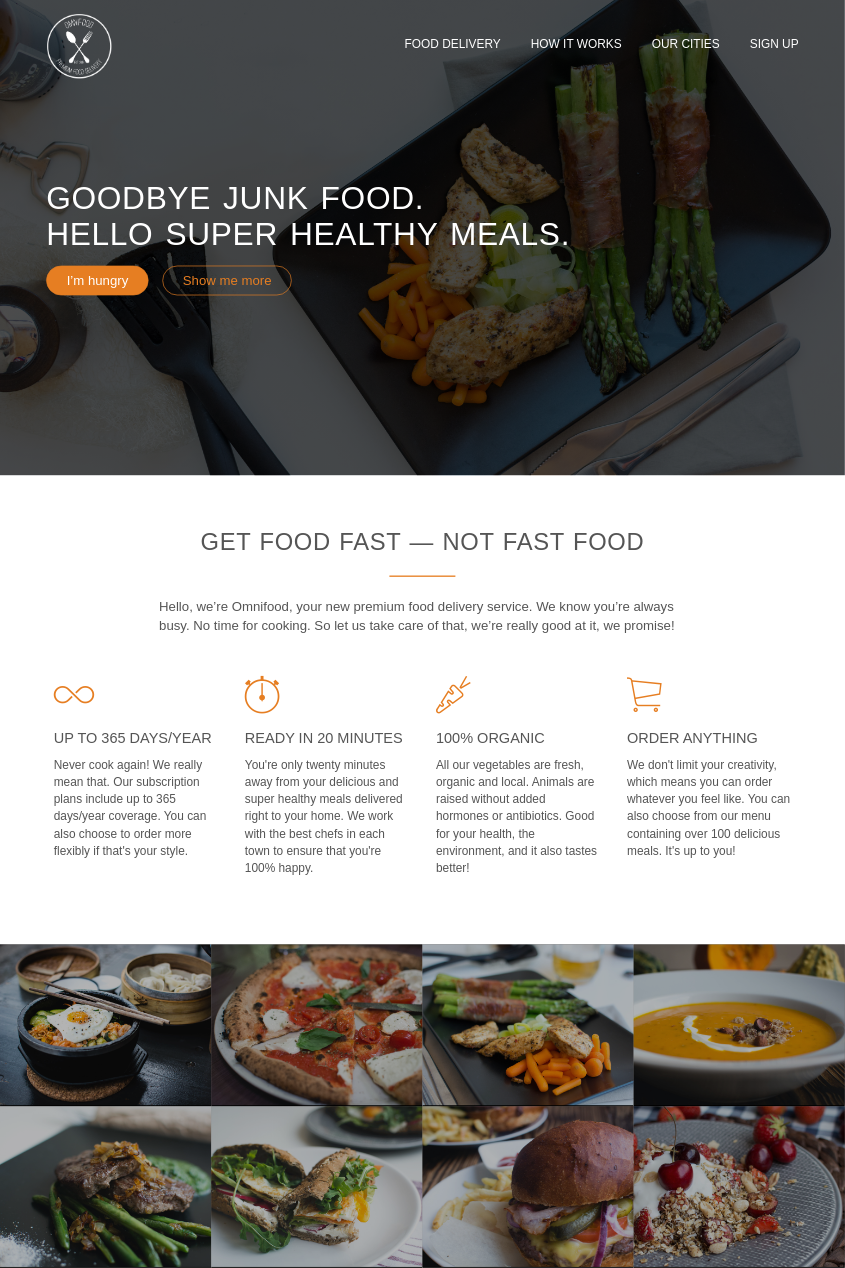
Repository: pboi18/E-Foods
Page: index.html
An editor plug-in stored every save of this project. The page is shown before and after the next save, followed by the edit.
The browser window is 1280 px wide. The pictures show the whole page, at 66% of full size.

Above is the page before, as saved 2020-07-10 14:20:17.

### index.html
<!DOCTYPE html>
<html lang="en">
    <head>
        <meta http-equiv="Content-Type" content="text/html;charset=UTF-8">
        <link rel="stylesheet" href="vendors/css/normalize.css">
        <link rel="stylesheet" href="vendors/css/7.1 Grid.css">
        <link rel="stylesheet" href="vendors/css/ionicons.min.css">
        <link rel="stylesheet" href="resources/css/style.css">
        <link href='http://fonts.googleapis.com/css?family=Lato:100,300,400,300italic' rel='stylesheet' type='text/css'>
        <title>Ominifoods</title>
    </head>

    <body>
        <header>
            <nav>
                <div class="row">
                    <img src="resources/img/logo-white.png" alt="Ominifood logo" class="logo">

                    <ul class="main-nav">
                        <li><a href="#">Food delivery</a></li>
                        <li><a href="#">How it works</a></li>
                        <li><a href="#">Our cities</a></li>
                        <li><a href="#">Sign up</a></li>
                    </ul>

                </div>
            </nav>
            <div class="hero-text-box">
                <h1>Goodbye junk food. <br> Hello super healthy meals.</h1>
                <a href="#" class="btn btn-full">I’m hungry </a>
                <a href="#" class="btn btn-ghost">Show me more </a>
            </div>

        </header>

        <section class="section-features">
            <div class="row">
                <h2>Get food fast &mdash; not fast food</h2>
                <p class="long-copy">
                    Hello, we’re Omnifood, your new premium food delivery service. We know you’re always busy. No time for cooking. So let us take care of that, we’re really good at it, we promise!
                </p>
            </div>

            <div class="row">
                <div class="col span-1-of-4 box">
                    <e class="ion-ios-infinite-outline icon-big"></e>
                    <h3>Up to 365 days/year</h3>
                    <p>
                        Never cook again! We
                        really mean that. Our subscription
                        plans include up to 365
                        days/year coverage. You can
                        also choose to order more
                        flexibly if that's your style.
                    </p>
                </div>

                <div class="col span-1-of-4 box">
                    <e class="ion-ios-stopwatch-outline icon-big"></e>
                    <h3>Ready in 20 minutes</h3>
                    <p>
                        You're only twenty minutes
                        away from your delicious and
                        super healthy meals delivered
                        right to your home. We work
                        with the best chefs in each
                        town to ensure that you're
                        100% happy.
                    </p>
                </div>

                <div class="col span-1-of-4 box">
                    <e class="ion-ios-nutrition-outline icon-big"></e>
                    <h3>100% organic</h3>
                    <p>
                        All our vegetables are fresh, organic and local. Animals are raised without added hormones or antibiotics. Good for your health, the environment, and it also tastes better!
                    </p>
                </div>

                <div class="col span-1-of-4 box">
                    <e class="ion-ios-cart-outline icon-big"></e>
                    <h3>Order anything</h3>
                    <p>
                        We don't limit your creativity, which means you can order whatever you feel like. You can also choose from our menu containing over 100 delicious meals. It's up to you!
                    </p>
                </div>
            </div>
        </section>

        <section class="section-meals">
            <ul class="meals-showcase">
                <li>
                    <figure class="meal-photo">
                        <img src="resources/img/1.jpg" alt="Korean bibimbap with egg and vegetables">
                    </figure>
                </li>
                <li>
                    <figure class="meal-photo">
                        <img src="resources/img/2.jpg" alt="Simple italian pizza with cherry tomatoes">
                    </figure>
                </li>
                <li>
                    <figure class="meal-photo">
                        <img src="resources/img/3.jpg" alt="Chicken breast steak with vegetables ">
                    </figure>
                </li>
                <li>
                    <figure class="meal-photo">
                        <img src="resources/img/4.jpg" alt="Autumn pumpkin soup">
                    </figure>
                </li>
            </ul>

            <ul class="meals-showcase">
                <li>
                    <figure class="meal-photo">
                        <img src="resources/img/5.jpg" alt="Paleo beef steak with vegetables">
                    </figure>
                </li>
                <li>
                    <figure class="meal-photo">
                        <img src="resources/img/6.jpg" alt="Healthy baguette with egg and vegetables">
                    </figure>
                </li>
                <li>
                    <figure class="meal-photo">
                        <img src="resources/img/7.jpg" alt="Burger with cheddar and bacon">
                    </figure>
                </li>
                <li>
                    <figure class="meal-photo">
                        <img src="resources/img/8.jpg" alt="Granola with cherries and strawberries">
                    </figure>
                </li>
            </ul>
        </section>
    </body>


</html>

### resources/css/style.css
/*  --------------------------- */
/*  BASIC SETUP */
/*  --------------------------- */

* {
    margin: 0;
    padding: 0;
    box-sizing: border-box;
}

html {
    background-color: #fff;
    color: #555;
    font-family: Arial, Helvetica, sans-serif,'Lato';
    font-weight: 300;
    font-size: 20px;
    text-rendering: optimizeLegibility;
}


/*  --------------------------- */
/*  REUSEABLE COMPONENTS */
/*  --------------------------- */


.row {
    max-width: 1140px;
    margin: 0 auto;
}

section {
    padding: 80px 0;
}

.box {
    padding: 1%;
}

/*  --------------------------- */
/*  HEADINGS */
/*  --------------------------- */

h1,
h2,
h3 {

    font-weight: 300;
    text-transform: uppercase;
}

h1 {
    margin-top: 0;
    margin-bottom: 20px;
    color: #fff;
    font-size: 240%;
    word-spacing: 4px;
    letter-spacing: 1px;
}

h2 {
    font-size: 180%;
    word-spacing: 2px;
    text-align: center;
    margin-bottom: 30px;
    letter-spacing: 1px;
}

h3 {
    font-size: 110%;
    margin-bottom: 15px;
}

h2:after {
    display: block;
    height: 2px;
    background-color: #e67e22;
    content: " ";
    width: 100px;
    margin: 0 auto;
    margin-top: 30px;
}


/*  --------------------------- */
/*  paragraps*/
/*  --------------------------- */


.long-copy {
    line-height: 145%;
    width: 70%;
    margin-left: 15%;
}

.box p {
    font-size: 90%;
    line-height: 145%;
}


/*  --------------------------- */
/*  ICONS */
/*  --------------------------- */

.icon-big {
    font-size: 350%;
    display: block;
    color: #e67e22;
    margin-bottom: 10px;
}


/*  --------------------------- */
/*  BUTTONS */
/*  --------------------------- */

.btn:link,
.btn:visited {
    display: inline-block;
    padding: 10px 30px;
    font-weight: 300;
    text-decoration: none;
    border-radius: 200px;
    transition: all 0.2s;
}


.btn-full:link,
.btn-full:visited {
    background-color: #e67e22;
    border: 1px solid #e67e22;
    color: #fff;
    margin-right: 15px;
}

.btn-ghost:link,
.btn-ghost:visited {
    border: 1px solid #e67e22;
    color: #e67e22;
}

.btn:hover,
.btn:active {
    background-color: #cf6d17;
}


.btn-full:hover,
.btn-full:active {
    border: 1px solid #cf6d17;
}

.btn-ghost:hover,
.btn-ghost:active {
    border: 1px solid #e67e22;
    color: #fff;
}

/*  --------------------------- */
/*  HEADER */
/*  --------------------------- */

header {
    background-image: linear-gradient(rgba(0, 0, 0, 0.7), rgba(0, 0, 0, 0.7)), url(img/hero.jpg);
    background-size: cover;
    background-position: center;
    height: 100vh;
}


.hero-text-box {
    position: absolute;
    width: 1140px;
    top: 50%;
    left: 50%;
    transform: translate(-50%, -50%);
}

.logo {
    height: 100px;
    width: auto;
    float: left;
    margin-top: 20px;
}

.main-nav {
    float: right;
    list-style: none;
    margin-top: 55px;
}

.main-nav li {
    display: inline-block;
    margin-left: 40px;
}

.main-nav li a:link,
.main-nav li a:visited {
    padding: 5px 0px;
    color: #fff;
    text-decoration: none;
    text-transform: uppercase;
    font-size: 90%;
    border-bottom: 2px solid transparent;
    transition: all 0.2s;

}
.main-nav li a:hover,
.main-nav li a:active {
    border-bottom: 2px solid #e67e22;
}

/*  --------------------------- */
/*  MEALS */
/*  --------------------------- */

.section-features .long-copy {
    margin-bottom: 30px;
}


/*  --------------------------- */
/*  MEALS */
/*  --------------------------- */

.section-meals {
    padding: 0;
}

.meals-showcase {
    list-style: none;
    width: 100%;

}

.meals-showcase li {
    display: block;
    float: left;
    width: 25%;
}

.meal-photo {
    width: 100%;
    margin: 0;
    overflow: hidden;
    background-color:#000;
}

.meal-photo img {
    width: 100%;
    height: auto;
    transform: scale(1.03);
    opacity: 0.7;
    transition: all 0.5s;
}


.meal-photo img:hover {
    opacity: 1;
    transform: scale(1.15);
}

Loaded but not shown: vendors/css/normalize.css (library); vendors/css/7.1 Grid.css (library); vendors/css/ionicons.min.css (library)

After the next save:
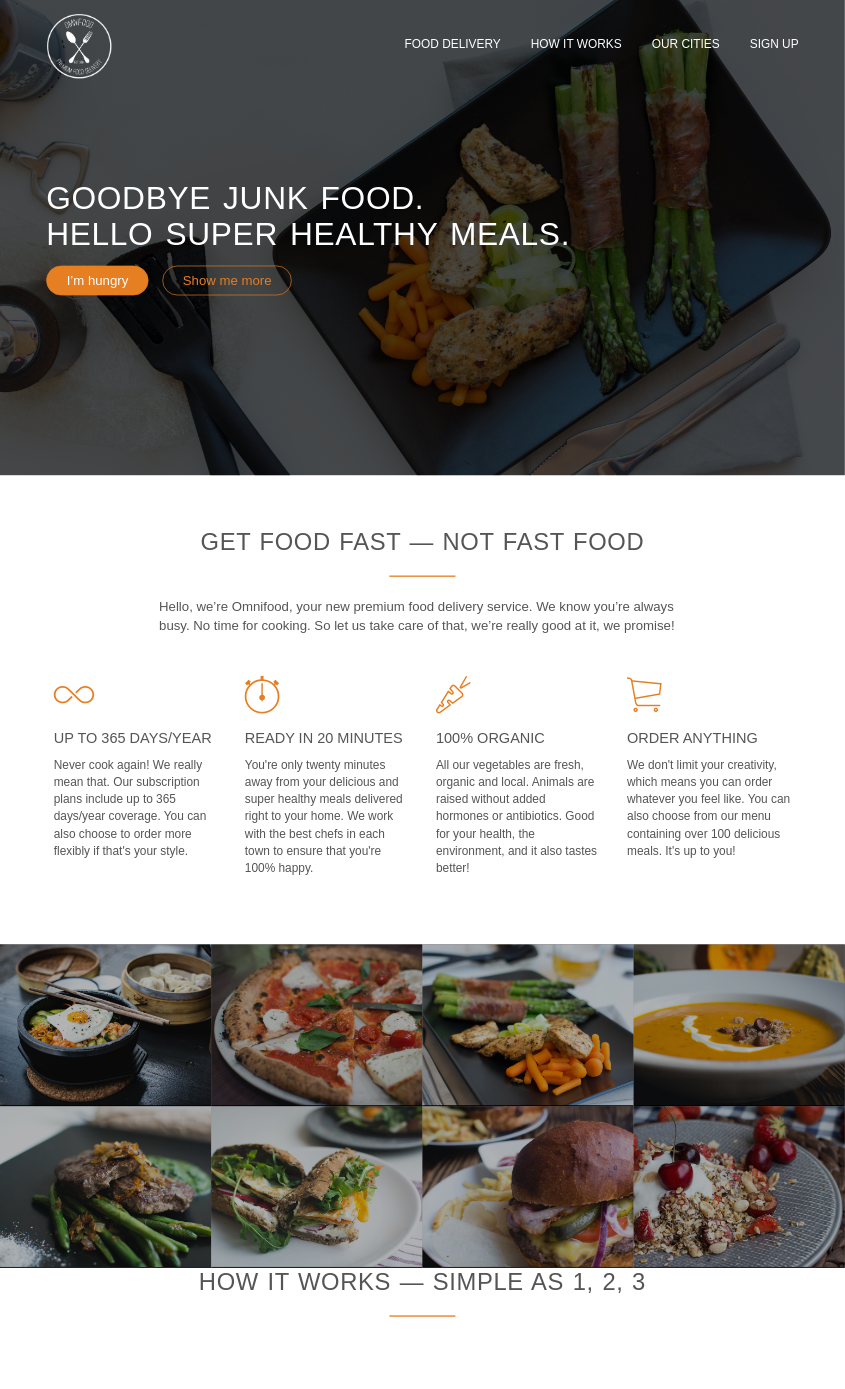
Saved 45 h 23 min later.
--- a/index.html
+++ b/index.html
@@ -134,7 +134,18 @@
                 </li>
             </ul>
         </section>
+
+        <section class="section-steps">
+            <div class="row">
+                <h2>How it works &mdash; Simple as 1, 2, 3</h2>
+            </div>
+        </section>
     </body>
+    <!-- Title:
+
+    1.	Choose the subscription plan that best fits your needs and sign up today.
+    2.	Order your delicious meal using our mobile app or website. Or you can even call us!
+    3.	Enjoy your meal after less than 20 minutes. See you the next time! -->
 
 
 </html>
